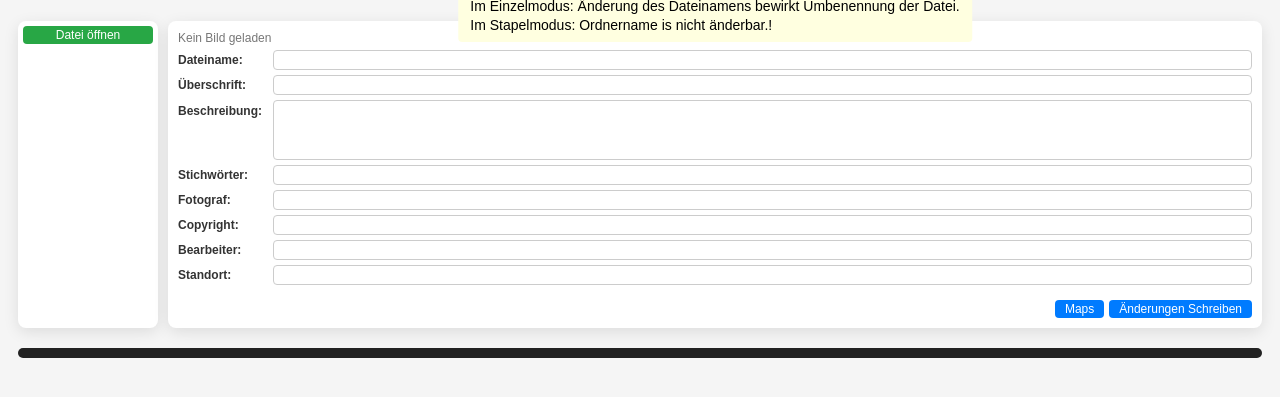
Repository: h-fahle/metadata
Page: ui/index.html
These files come from the project's save history. The page is drawn as it stood at one moment and after the next save; the edit follows.
The browser window is 1280 px wide. The pictures show the whole page.
The pointer rests on the first visible `.tooltip`.

Above is the page before, as saved 2026-08-18 12:11:36.

### ui/index.html
<!DOCTYPE html>
<html lang="de">

<head>
	<meta charset="UTF-8">
	<title>Tauri ExifTool Test</title>
	<script src="script.js"></script>
	<link rel="stylesheet" href="style.css">
</head>

<body>

	<div class="main-container">

		<!-- Das Vorschaubild links -->
		<div id="sidebar">
			<button id="file-open" onclick="dateiAuswählen()">Datei öffnen</button>

			<!-- 			<select id="menue-oeffnen" onchange="menueAktion(this)" >
				<option value="dateien">🖼️ Bilder öffnen...</option>
				<option value="ordner">📁 Ordner öffnen...</option>
			</select>
 -->
			<img id="vorschau-bild" src="" style="display:none;" />
			<div id="bild-info" style="text-align:center;">
				<span id="img-nummer"></span><br>
				<span id="img-datum"></span><br>
				<span id="img-groesse"></span>
			</div>
		</div>

		<!-- Das Formular rechts -->
		<div id="mein-formular-container">

			<div id="ordner-pfad">Kein Bild geladen</div>

			<div class="tooltip" data-tooltip=
"Im Einzelmodus: Änderung des Dateinamens bewirkt Umbenennung der Datei.
Im Stapelmodus: Ordnername is nicht änderbar.!">
				<label for="filename">Dateiname:</label>
				<input type="text" id="filename" name="filename"/>
			</div>

			<div class="tooltip" data-tooltip=
"Auch: (Dokument-)Titel, Schlagzeile, Headline">
				<label for="caption">Überschrift:</label>
				<input type="text" id="caption" name="caption"/>
			</div>

			<div class="tooltip" data-tooltip=
"Beschreibender Text in beliebiger Länge.
(Im Stapelmodus wird der eingegebene Text an vorhandenen angehängt.)
Hinweis: Einige Programme zeigen nur 2.000 Zeichen oder auch weniger an.">
				<label for="description">Beschreibung:</label>
				<textarea id="description" name="description" style="min-height: 60px;"></textarea>
			</div>

			<div class="tooltip" data-tooltip=
"Komma-separierte Liste. Groß-/Kleinschreibung beachten.
Im Stapelmodus werden die eingegebenen Stichwörter an vorhandene angehängt.">
				<label for="keywords">Stichwörter:</label>
				<input type="text" id="keywords" name="keywords"/>
			</div>

			<div class="tooltip" data-tooltip=
"Urheber, Ersteller, Autor
(Tags: Artitst, Creator, By-line)">
				<label for="creator">Fotograf:</label>
				<input type="text" id="creator" name="creator"/>
			</div>

			<div class="tooltip" data-tooltip=
"Urheberrechtshinweis; enthält in der Regel:
Name des Fotografen, Aufnahmejahr und Nutzungsrechte;
(z.B. 'Copyright [1975] [Mustermann], Alle Rechte vorbehalten')">
				<label for="copyright">Copyright:</label>
				<input type="text" id="copyright" name="copyright"/>
			</div>

			<div class="tooltip" data-tooltip=
"Verfasser der Metadaten
(Tags: Caption Writer, Writer Editor)">
				<label for="editor">Bearbeiter:</label>
				<input type="text" id="editor" name="editor"/>
			</div>

			<div class="tooltip" data-tooltip=
"GPS-Koordinaten in Dezimalgrad (51.49129, 8.43317).
Ermitteln der Koordinaten in der Google Maps-Karte:
  1. mit rechter Maustaste auf den Standort klicken,
  2. auf die angezeigten Koordinaten klicken,
  3. der so gespeicherte Wert kann dann mit Strg+V kopiert werden.">
				<label for="position">Standort:</label>
				<input type="text" id="position" name="position"/>
			</div>

			<!-- Button-Leiste -->
			<div class="button-group" style="text-align: right; margin-top: 15px;">
				<button type="button" onclick="zeigeMaps(event)" style="background: #007BFF;">Maps</button>
				<button type="button" onclick="exifSchreiben(event)" style="background: #007BFF;">Änderungen Schreiben</button>
			</div>

		</div>
	</div> <!-- Ende des main-containers -->

	<div id="ausgabe"></div>

</body>

</html>

### ui/script.js
let aktuellerBildPfad = "";

async function zeigeMaps(event) {
    event.preventDefault()
    let gps = document.getElementById('position').value;

    try {
        // Ruft direkt unsere eigene, sichere Rust-Funktion auf
        await window.__TAURI__.core.invoke('oeffne_maps_browser', {
            gpsString: gps
        });
    } catch (fehler) {
        console.error("Fehler:", fehler);
    }
}

async function dateiAuswählen() {
    try {
        const ergebnis = await window.__TAURI__.core.invoke('plugin:dialog|open', {
            options: {
                title: 'Bilddatei für ExifTool auswählen',
                directory: false,
                multiple: false,
                filters: [
                    { name: 'Bilder', extensions: ['jpg', 'jpeg', 'png', 'gif', 'tif', 'tiff', 'webp', 'avif', 'heic', 'heif'] }
                ]
            }
        });

        // Wenn der Nutzer nicht abgebrochen hat (ergebnis ist nicht null)
        if (ergebnis) {
            // Falls das Ergebnis ein Objekt ist (z.B. { path: "..." }), holen wir den Pfad heraus,
            // ansonsten nehmen wir den String direkt.
            const pfad = typeof ergebnis === 'object' ? ergebnis.path : ergebnis;

            aktuellerBildPfad = pfad;

            // Sofort automatisch die Metadaten einlesen!
            exifAuslesen();
        }
    } catch (fehler) {
        document.getElementById("ausgabe").innerHTML = "<span style='color: red;'>Dialog-Fehler: " + fehler + "</span>";
    }
}

async function exifAuslesen() {
    const pfad = aktuellerBildPfad;
    const ausgabe = document.getElementById("ausgabe");
    const vorschauImg = document.getElementById("vorschau-bild");


    ausgabe.innerText = "Rufe ExifTool auf...";

    try {
        // 1. Metadaten über Rust holen
        const jsonText = await window.__TAURI__.core.invoke('lese_bild_metdaten', { dateipfad: pfad });
        const datenObjekt = JSON.parse(jsonText)[0]; 	// Das 1. JSON-Objekt im JSON-Array in JS-Objekt umwandeln

        document.getElementById('img-nummer').innerText = '# 0/0';
        let datum = datenObjekt.DateTimeOriginal;
        if (typeof datum === 'undefined') {
            datum = '(unbekannt)';
        }
        document.getElementById('img-datum').innerText = '\u{1F4F7} ' + datum || '';
        document.getElementById('img-groesse').innerText = '⤢ ' + datenObjekt.ImageSize || '';

        document.getElementById('filename').value = datenObjekt.FileName || '';
        document.getElementById('caption').value = datenObjekt.CMB_Caption || '';
        document.getElementById('description').value = datenObjekt.Description || '';
        document.getElementById('keywords').value = datenObjekt.Keywords || '';
        document.getElementById('creator').value = datenObjekt.Creator || '';
        document.getElementById('copyright').value = datenObjekt.Copyright || '';
        document.getElementById('editor').value = datenObjekt.CMB_Editor || '';
        document.getElementById('position').value = datenObjekt.GPSPosition || '';

        const vollerPfad = pfad;
        // Erkennt automatisch Linux-Schrägstriche (/) und Windows-Backslashes (\)
        const letzterSlash = Math.max(vollerPfad.lastIndexOf('/'), vollerPfad.lastIndexOf('\\'));
        let ordner = "Unbekannt";
        if (letzterSlash !== -1) {
            ordner = vollerPfad.substring(0, letzterSlash);
        }
        // Den berechneten Ordnerpfad in das neue Label schreiben
        document.getElementById('ordner-pfad').innerText = ordner;

        // Wir nehmen das erste Element der Liste (ExifTool liefert immer ein Array)
        // und stellen es schön formatiert im Browser dar
        // ausgabe.innerText = JSON.stringify(datenObjekt[0], null, 2);
        ausgabe.innerText = jsonText;

        // Wir fragen Rust nach dem besten Weg für das Bild
        const vorschauErgebnis = await window.__TAURI__.core.invoke('hole_vorschaubild', { dateipfad: pfad });

        if (vorschauErgebnis === "STANDARD") {
            // Normales JPG/PNG über das Asset-Protokoll
            const assetUrl = window.__TAURI__.core.convertFileSrc(pfad);
            vorschauImg.src = assetUrl + "?t=" + new Date().getTime();
        } else if (vorschauErgebnis.startsWith("data:[embedded picture, 23 characters]")) {
            // TIF/TIFF über den im RAM kompilierten Rust-Wandler
            vorschauImg.src = vorschauErgebnis;
        }

        vorschauImg.style.display = "block";

    } catch (fehler) {
        ausgabe.innerHTML = "<span style='color: red;'>Fehler: " + fehler + "</span>";
        vorschauImg.style.display = "none";
        infoText.innerText = "Fehler beim Laden";
    }
}

async function exifSchreiben(ereignis) {
    if (ereignis) ereignis.preventDefault();  // verbietet dem Browser den automatischen Seiten-Reset!

    const pfad = aktuellerBildPfad;
    const ausgabe = document.getElementById("ausgabe");

    ausgabe.innerText = "Speichere Daten über ExifTool...";

    // Wir sammeln alle aktuellen Werte aus den Eingabefeldern ein
    const daten = {
        dateipfad: pfad,
        filename: document.getElementById('filename').value,
        caption: document.getElementById('caption').value,
        description: document.getElementById('description').value,
        keywords: document.getElementById('keywords').value.split(',').map(s => s.trim()).join(', '),
        creator: document.getElementById('creator').value,
        copyright: document.getElementById('copyright').value,
        editor: document.getElementById('editor').value,
        gps: document.getElementById('position').value
    };

    try {
        // Wir schicken das gesamte Paket an die Rust-Funktion 'schreibe_bild_metdaten'
        const antwort = await window.__TAURI__.core.invoke('schreibe_bild_metdaten', daten);

        // Bei Erfolg zeigen wir die Meldung in grüner Schrift an
        ausgabe.innerHTML = "<span style='color: #00ff00;'>" + antwort + "</span>";

        // 2. Da der Pfad dank preventDefault() jetzt bombenfest im Feld stehen bleibt,
        // funktioniert das Neuladen nun augenblicklich und fehlerfrei!
        await exifAuslesen();

    } catch (fehler) {
        // Falls etwas schiefgeht (z.B. Datei schreibgeschützt), zeigen wir den Fehler an
        ausgabe.innerHTML = "<span style='color: red;'>Fehler beim Speichern: " + fehler + "</span>";
    }
}

### ui/style.css
body {
	font-family: sans-serif;
	font-size: 12px;
	padding: 3px 10px;
	background: #f5f5f5;
}

button {
	padding: 2px 10px;
	font-size: 12px;
	cursor: pointer;
	background: #28a745;
	color: white;
	border: none;
	border-radius: 4px;
}

select {
	-moz-appearance: none;
	-webkit-appearance: none;
	appearance: none;
	border: none;
	border-radius: 4px;
	background: #28a745;
	color: white;
	width: 120px;
}

#ausgabe {
	margin-top: 20px;
	background: #222;
	color: #00ff00;
	padding: 5px;
	border-radius: 5px;
	font-family: monospace;
	white-space: pre-wrap;
	overflow-x: auto;
}

input#bildpfad {
	width: 350px;
}

/* Der neue Haupt-Container für die Nebeneinander-Ausrichtung */
.main-container {
	margin-top: 10px;
	display: flex;
	flex-direction: row;
	/* Elemente nebeneinander */
	gap: 10px;
	/* Abstand zwischen Bild und Formular */
	width: 100%;
	box-sizing: border-box;
}

/* Styling für den Bild-Bereich */
#sidebar {
	width: 130px;
	min-width: 130px;
	display: flex;
	flex-direction: column;
	align-items: center;
	justify-content: flex-start;
	padding: 5px;
	background-color: #ffffff;
	border-radius: 8px;
	box-shadow: 0 4px 15px rgba(0, 0, 0, 0.1);
}

#file-open {
	width: 130px;
	margin-bottom: 10px;
}

#vorschau-bild {
	width: 130px;
	height: auto;
	border: 1px outset gray;
}

/* Container des Formulars */
#mein-formular-container {
	flex-grow: 1;
	margin: 0;
	padding: 5px 10px;
	background-color: #ffffff;
	border-radius: 8px;
	box-shadow: 0 4px 15px rgba(0, 0, 0, 0.1);
	font-family: Arial, sans-serif;
}

#mein-formular-container div {
	display: flex;
	align-items: center;
	margin: 6px 0;
	/* Geringer Zeilenabstand */
	width: 100%;
	margin-top: 5px;
	/* Kleiner Abstand nach oben */
	margin-bottom: 5px;
	/* Kleiner Abstand nach unten */
}

label[for="description"] {
	align-self: flex-start;
	/* DIESE ZEILE IST DIE RETTUNG: Richtet NUR dieses Label oben aus! */
	margin-top: 4px;
	/* Feinjustierung, damit es perfekt auf der Linie der ersten Textzeile liegt */
}

#ordner-pfad {
	margin-left: 97px;
	margin-bottom: 2px;
	color: #777777;
	font-size: 12px;
	font-family: Arial, sans-serif;
}

/* Feste Breite für die Labels + Linksbündig */
label {
	display: inline-block;
	width: 95px;
	text-align: left;
	font-weight: bold;
	color: #333333;
	flex-shrink: 0;
	/* Verhindert, dass der Text zusammengedrückt wird */
}

/* Eingabefelder füllen den restlichen Platz der Zeile aus */
input[type="text"],
textarea {
	flex-grow: 1;
	/* Alle Felder starten exakt an der gleichen Linie */
	width: 100%;
	min-width: 0;
	padding: 2px;
	border: 1px solid #cccccc;
	border-radius: 4px;
	box-sizing: border-box;
	font-size: 12px;
}

textarea {
	/* DIESE BEIDEN ZEILEN LÖSEN DAS LINUX-PROBLEM ENDGÜLTIG: */
	field-sizing: content;
	/* Die Box wächst automatisch zeilenweise mit! */
	overflow: hidden;
	/* Schaltet Scrollbalken und damit den Bug komplett ab */
	resize: none;
	/* Der Nutzer muss nicht mehr manuell ziehen */
}

/* Aktives Feld bei Klick */
input:focus,
textarea:focus {
	border-color: #007BFF;
	outline: none;
	box-shadow: 0 0 5px rgba(0, 123, 255, 0.5);
}

.tooltipx {
  position: relative;
  z-index: 1;
}
/* Tooltip-Box beim Hover anzeigen */
.tooltipx:hover::after {
  z-index: 999;
  content: attr(data-tooltip);
  position: absolute;
  bottom: -130%;  /* unterhalb */
  left: 50%;	/* nach rechts versetzt */
  transform: translateX(-50%);
  background-color: lightyellow;
  color: black;
  padding: 5px 10px;
  border: 1px solid gray;
  border-radius: 4px;
  white-space: pre;
  width: max-content;
  font-size: 10px;
}

.tooltip {
  position: relative;
  display: inline-block;
  z-index: 1;
  /* FIX 1: Verhindert, dass die Eingabefelder vertikal springen */
  vertical-align: top;
  /* Optional: Falls deine Inputs untereinander stehen sollen, nutze "display: block; margin-bottom: 15px;" */
}

/* Container bei Hover nach oben holen */
.tooltip:hover,
.tooltip:has(input:focus) {
  z-index: 999;
}

/* Der Tooltip */
.tooltip:hover::after,
.tooltip:has(input:focus)::after {
  content: attr(data-tooltip);
  position: absolute;

  /* FIX 2: Bessere Positionierung über dem Feld */
  bottom: 100%;       /* Setzt die Unterkante exakt auf die Oberkante des Inputs */
  margin-bottom: 8px; /* Ein fester Pixel-Abstand, der völlig unabhängig von der Input-Höhe ist */

  left: 50%;
  transform: translateX(-50%);

  /* Design & Farben */
  background-color: lightyellow;
  color: black;
  padding: 6px 12px;
  border-radius: 4px;
  font-size: 14px;
  line-height: 1.4; /* Gibt den Zeilen im Tooltip einen festen, sauberen Abstand */

  /* Dynamische Breite */
  white-space: pre;
  width: max-content;
}



/* Der Absendeknopf richtet sich nach den Eingabefeldern aus */
.button-group {
	display: flex;
	justify-content: flex-end;
}

.button-group button {
		margin-left: 5px;
}

button[type="submit"] {
	width: 200px;
	padding: 12px;
	background-color: #007BFF;
	color: white;
	border: none;
	border-radius: 4px;
	font-size: 16px;
	cursor: pointer;
	transition: background-color 0.3s ease;
}

button[type="submit"]:hover {
	background-color: #0056b3;
}

After the next save:
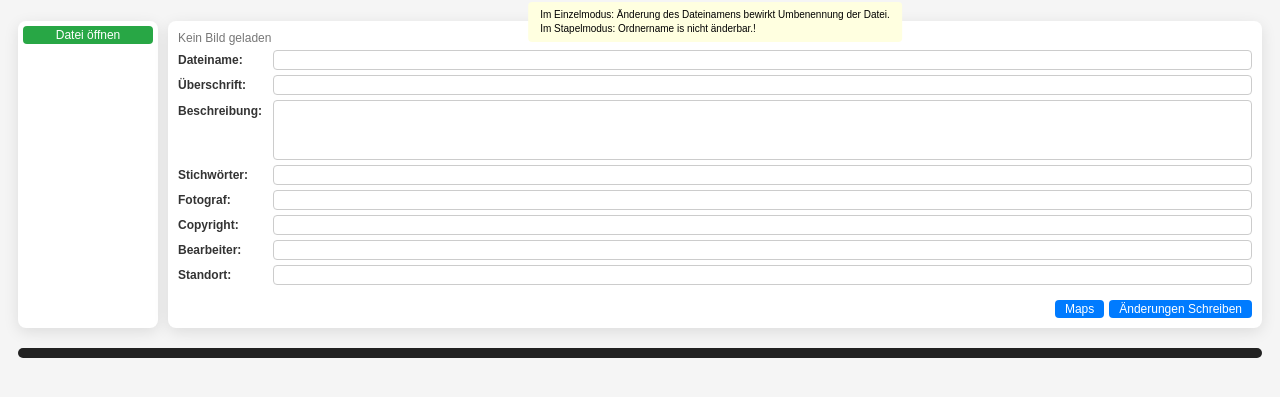
Saved 15 s later.
--- a/ui/style.css
+++ b/ui/style.css
@@ -214,7 +214,7 @@ textarea:focus {
   color: black;
   padding: 6px 12px;
   border-radius: 4px;
-  font-size: 14px;
+  font-size: 10px;
   line-height: 1.4; /* Gibt den Zeilen im Tooltip einen festen, sauberen Abstand */
 
   /* Dynamische Breite */
